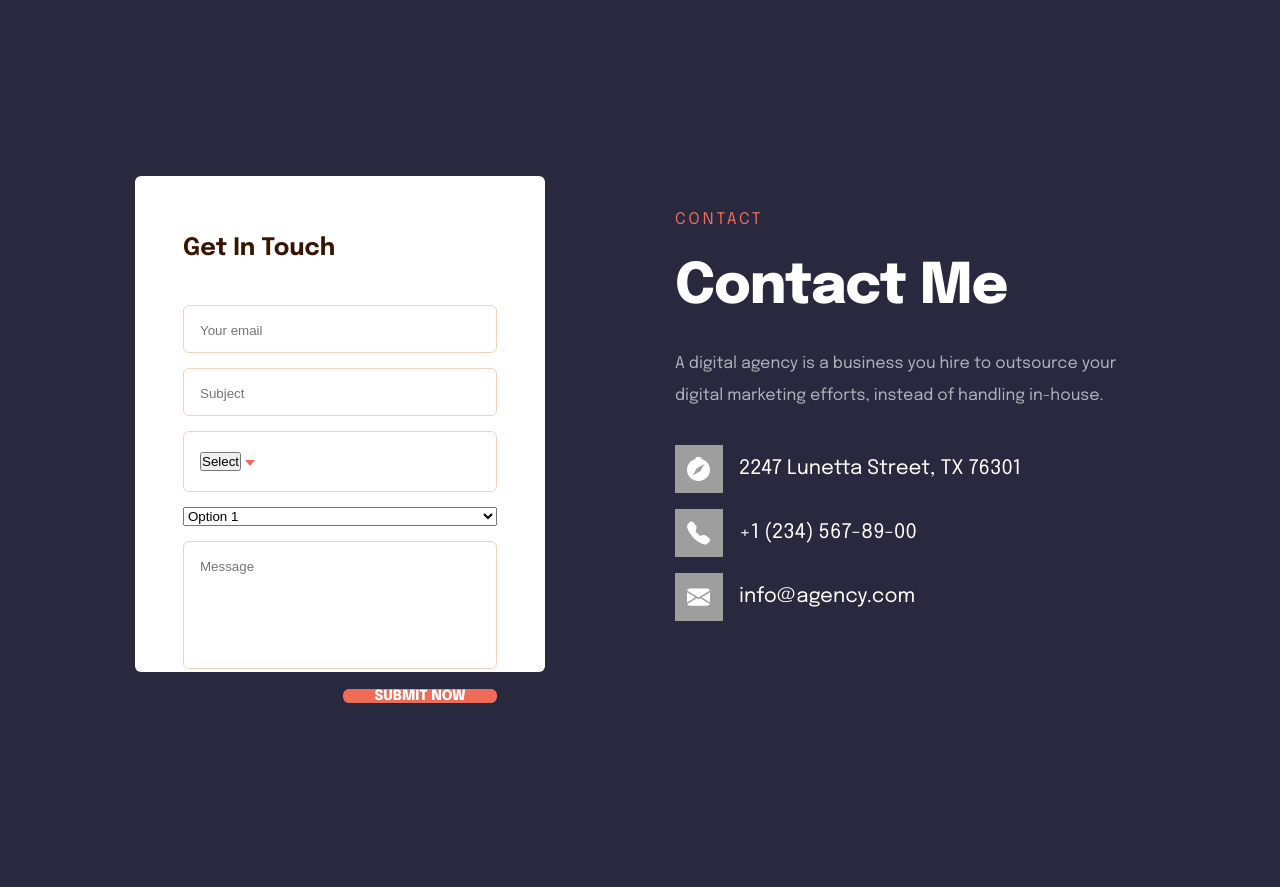
Repository: NatiqSamiyev/form-task-2
Page: index.html
The author's editor kept a copy of each file at every save. The page is drawn from the files as they stood at one save, then again after the next save.
The browser window is 1280 px wide. The pictures show the whole page.
Pictures or frames that could not be fetched are drawn as grey boxes. Some web fonts or font styles are not loaded; a fallback is used.

Above is the page before, as saved 2023-10-26 11:41:14.

After the next save:
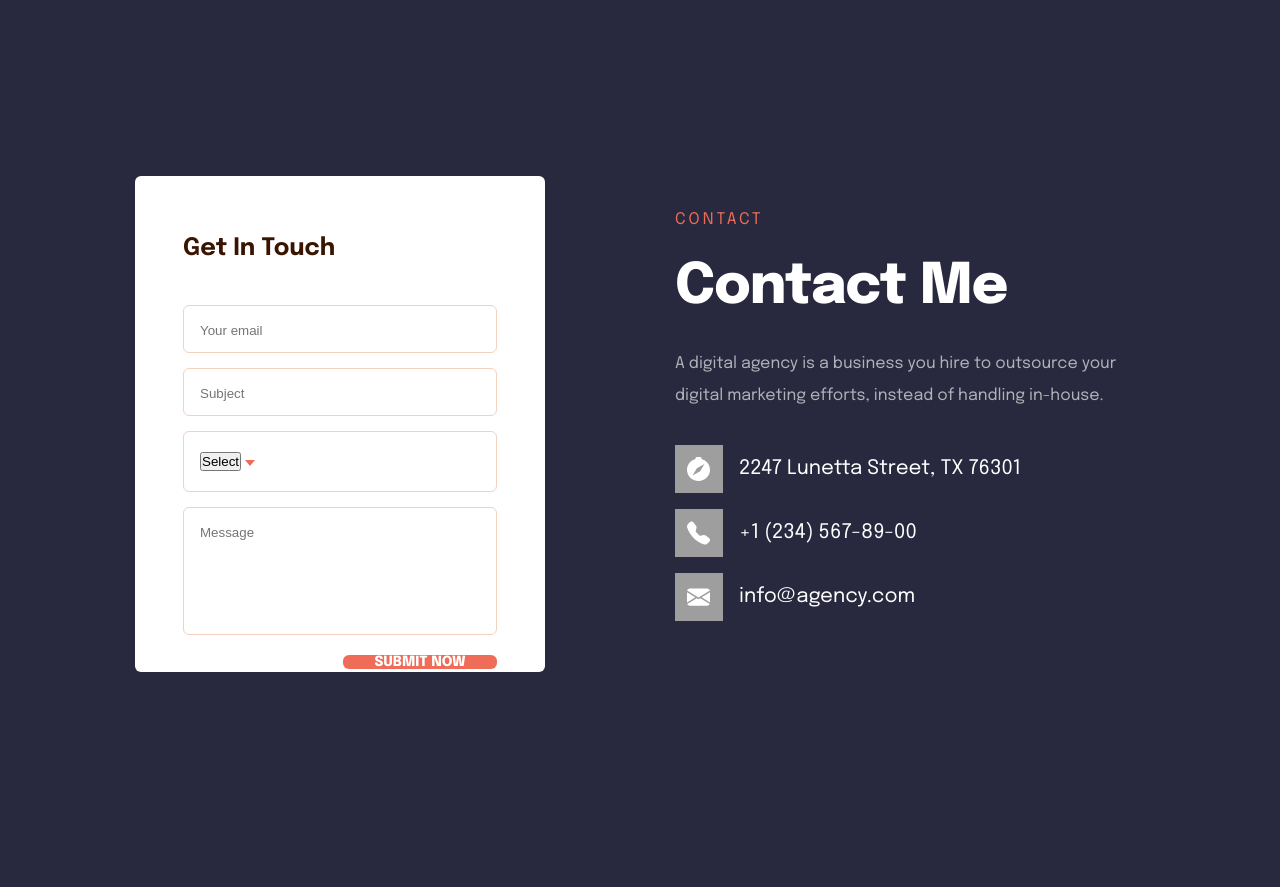
Saved 13 s later.
--- a/index.html
+++ b/index.html
@@ -23,12 +23,12 @@
             <path d="M5 6L10 0H0L5 6Z" fill="#EF6D58"/>
           </svg>
         </div>
-       <select name="" id="">
+       <!-- <select name="" id="">
 
         <option value="">Option 1</option>
         <option value="">Option 2</option>
 
-       </select>
+       </select> -->
         <label for="">
           <input
             class="text-message"
